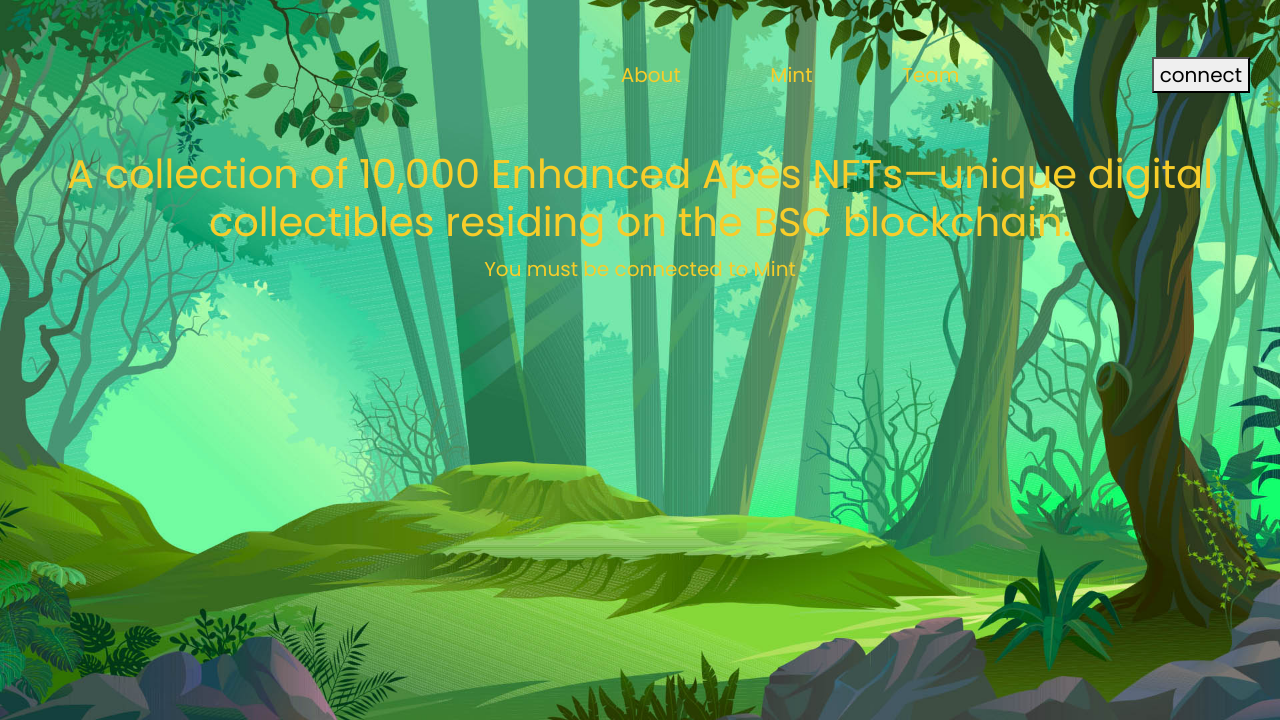
Repository: Stephegbenga/Minting-Dapp
Page: /
An editor plug-in stored every save of this project. The page is shown before and after the next save, followed by the edit.
The browser window is 1280 px wide. The pictures show the whole page.
The project was rebuilt for these pictures with package versions that can differ from the ones it lists, and the page was loaded fresh each time.

Above is the page before, as saved 2022-04-07 16:56:46.

After the next save:
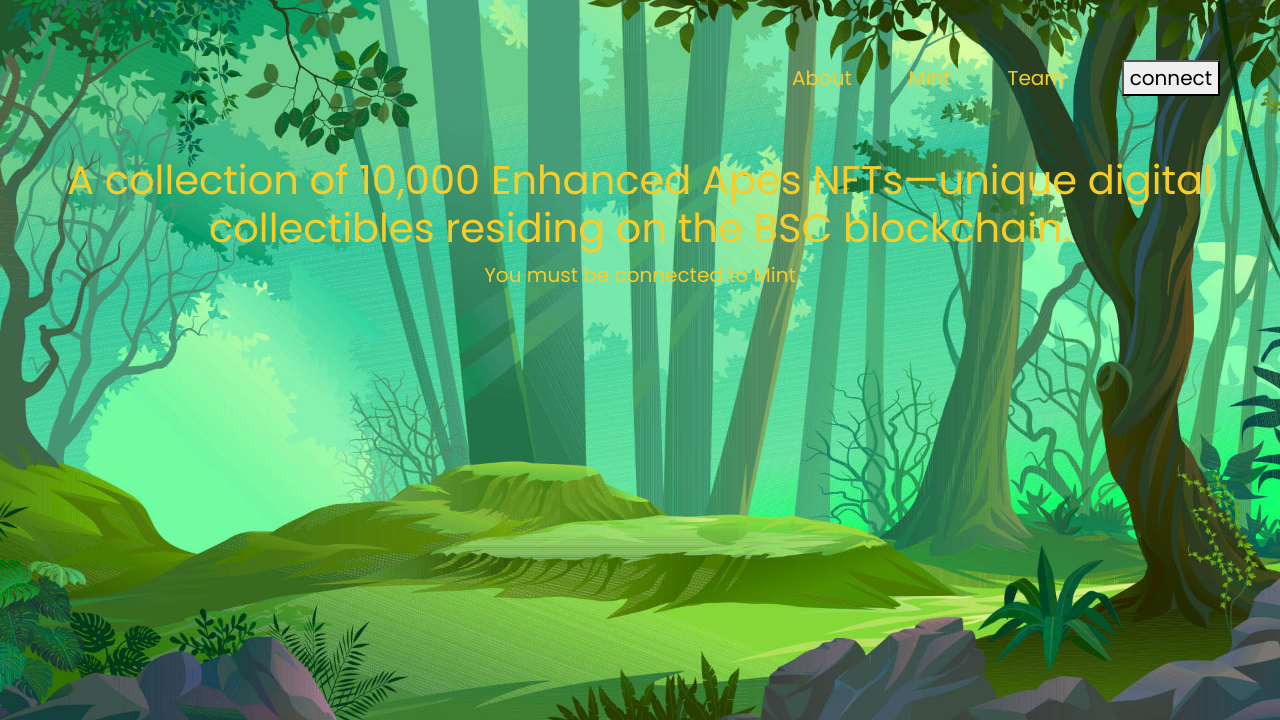
Saved 55 s later.
--- a/src/NavBar.js
+++ b/src/NavBar.js
@@ -34,7 +34,7 @@ const Navbar = ({ accounts, setAccounts }) => {
             <Spacer />
             <box margin="0 15px">Team</box>
             <Spacer />
-            </Flex>
+
 
             {/* connect */}
             {isConnected ? (
@@ -42,6 +42,7 @@ const Navbar = ({ accounts, setAccounts }) => {
             ) : (
                 <button onClick={connectAccount}>connect</button>
             )}
+            </Flex>
         </Flex>
     );
 
